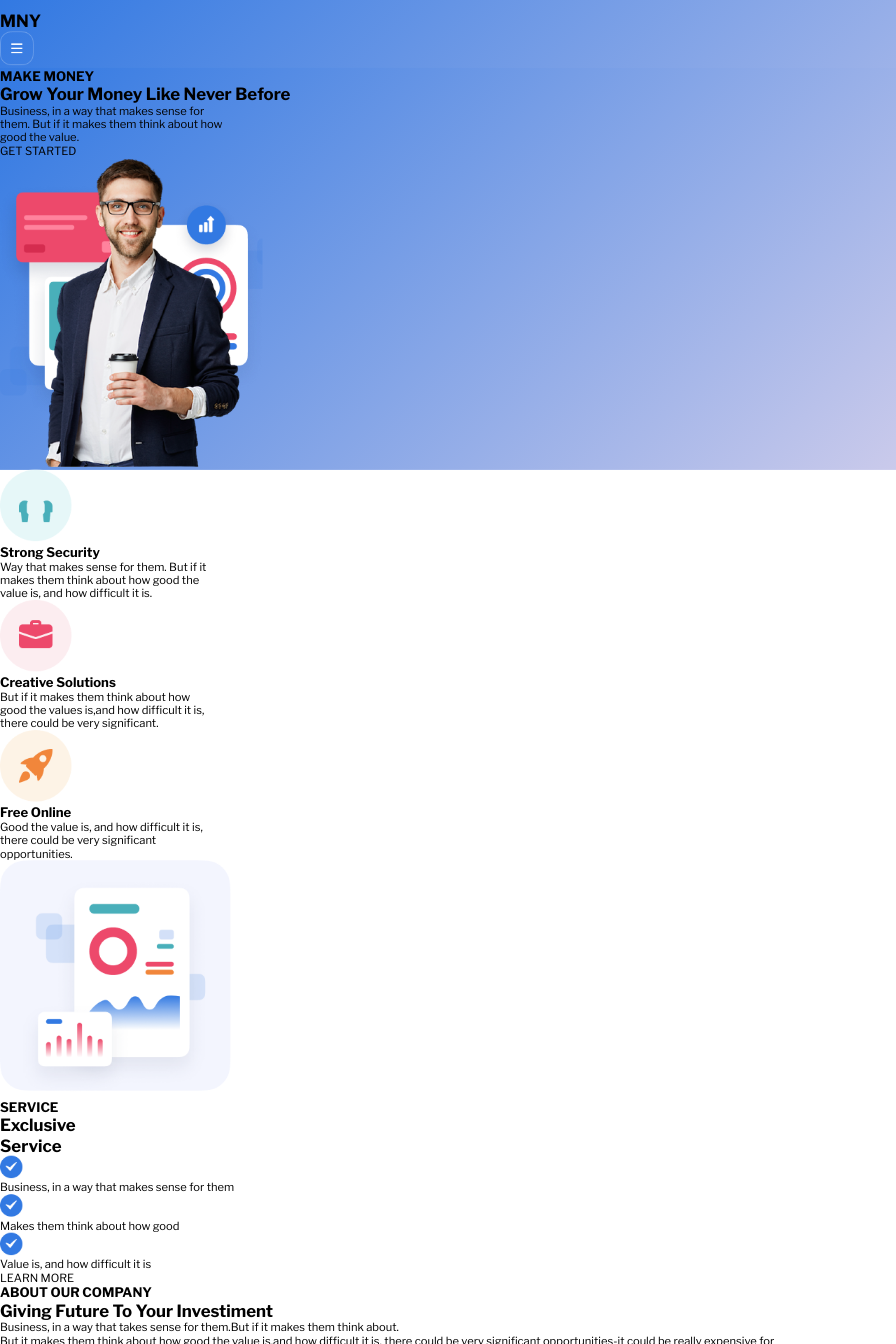
Repository: juniorAntunes910/Make-Money-Design-Avaliacao
Page: index.html
The author's editor kept a copy of each file at every save. The page is drawn from the files as they stood at one save, then again after a run of saves.
The browser window is 1280 px wide. The pictures show the part of the page from y = 0 to 1920 px (the page is 4648 px tall before and 4619 px after), at 70% of full size.

Above is the page before, as saved 2026-03-13 08:10:14.

After the next 7 saves:
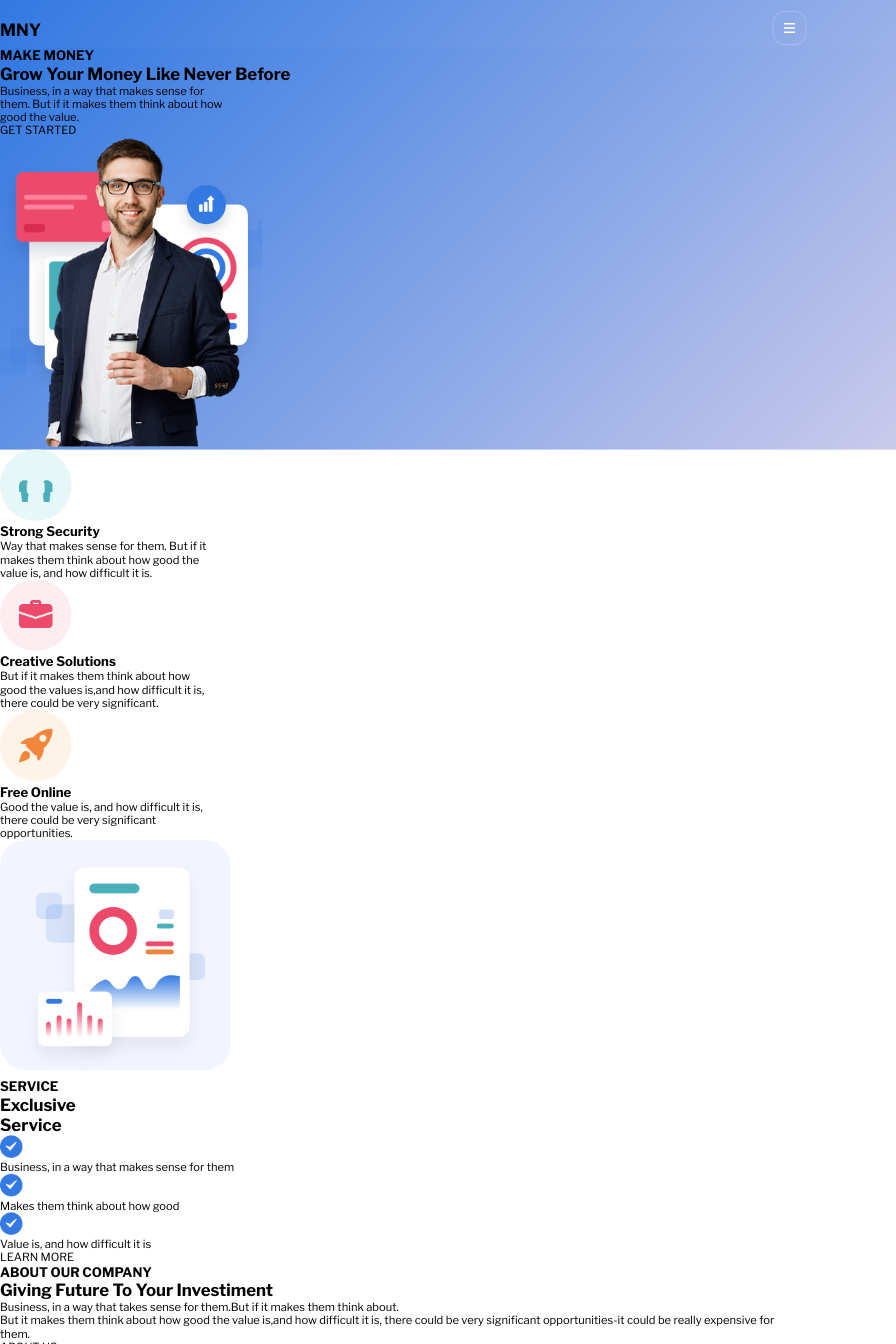
The 7 saves are shown as one change because they came seconds apart.
The last was saved 22 s later.
--- a/style.css
+++ b/style.css
@@ -61,3 +61,10 @@ body {
 header {
     padding-top: 1rem;
 }
+
+header nav{
+    display: flex;
+    flex-wrap: wrap;
+    align-items: center;
+    justify-content: space-between;
+}
